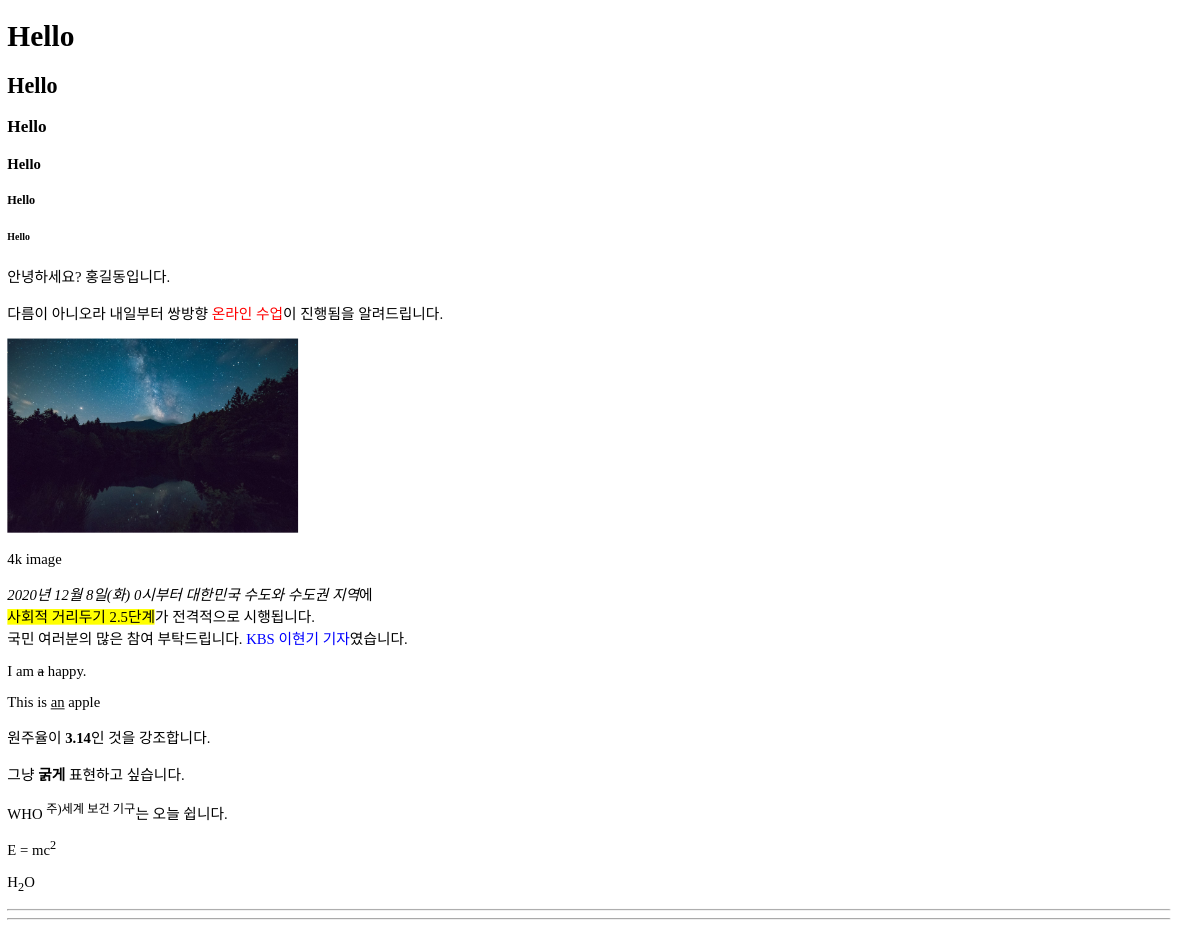
Repository: woneeseo/javastudy
Page: htmlStudy/workspace_html/HelloWorld/WebContent/f.html
The author's editor kept a copy of each file at every save. The page is drawn from the files as they stood at one save, then again after the next save.
The browser window is 1280 px wide. The pictures show the whole page, at 92% of full size.

Above is the page before, as saved 2020-12-07 05:35:16.

### htmlStudy/workspace_html/HelloWorld/WebContent/f.html
<!DOCTYPE html>
<html>
<head>
<meta charset="UTF-8">
<title>Insert title here</title>
</head>
<body>
<!-- 헤더태그 -->
<!-- 블락태그 -> 위/아래 자동 줄바꿈 발생 -->

<h1>Hello</h1>
<!-- h1이 제목으로 많이 쓰임 -->
<h2>Hello</h2>
<h3>Hello</h3>
<!-- 부제목으로 h3이 자주 쓰임 -->
<h4>Hello</h4>
<h5>Hello</h5>
<h6>Hello</h6>


<p>
<!-- 문단을 표기할 때 주로 <p></p>를 씀 (문장이 여러개를 이루어 문단을 이룰 때) -->
	안녕하세요?
	홍길동입니다.
	<!-- <br>태그를 넣어야 줄바꿈이 일어난다. -->
	<!-- 이클립스에서 엔터로 줄바꿔 쓴다고 하더라도 출력은 한줄로 됨 -->
</p>

<p>

	다름이 아니오라
	내일부터 쌍방향 <span style="color: red">온라인 수업</span>이 진행됨을 알려드립니다.
	<!-- <p>태그는 일반적으로 텍스트를 넣어주고 내부에 태그가 들어가는 일이 거의 없으나 -->
	<!-- <span></span> css에서 문장 내에서 특정한 글씨에 효과를 줄 때 사용함 -->
</p>

<div>

	<img style="width: 25%; height: 25%;" alt="4k image" src="test.jpeg"><br>
	<p>4k image</p>
	<!-- div는 태그를 넣어서 쓰기 위해 사용함 / 컨테이너 역할을 함 -->
	<!-- img태그와 p태그를 한 덩어리로 쓰기 위해서 사용함 -->
	<!-- div는 내부에 어떤 내용이 들어있는지 알 수 없음. 그래서 사용하는것이 section 태그 -->

</div>

<section>
	<article>
	<!-- section / article : 시멘틱 태그 (의미가 있는 태그명) -->
		<i>2020년 12월 8일(화) 0시부터</i> <em>대한민국 수도와 수도권 지역</em>에 <br>
		<mark>사회적 거리두기 2.5단계</mark>가 전격적으로 시행됩니다. <br>
		국민 여러분의 많은 참여 부탁드립니다. <span style="color: blue">KBS 이현기 기자</span>였습니다.
		<!-- i태그 : 이탤릭체 / em태그 : 강조하기 위해서 기울여 쓸 때(기울임체 emphasis) -->
		<!-- 결과는 똑같지만 em태그는 시각장애인용 시스템에서 강조해서 읽어들여지는 기능을 함 -->
		<!-- <mark> : 형광펜으로 칠한 듯 한 강조표기를 할 수 있음 -->
	</article>
</section>

<p>I am <del>a</del> happy.</p>
<p>This is <ins>an</ins> apple</p>

<!-- del : 지워야 하는 텍스트일 때 (중간선) / ins : 반드시 있어야만 하는 텍스트일 때 (밑줄)-->
<!-- css와 시멘틱태그 : css는 시각장애인용 스크린리더에서 제대로 인식하지 못하는 경우가 있어 -->
<!-- 삽입, 삭제등 시멘틱태그로 사용할 수 있는 경우에는 반드시 시맨틱태그로 사용해준다. -->

<p>원주율이 <strong>3.14</strong>인 것을 강조합니다.</p> <!-- 시맨틱태그 -->
<p>그냥 <b>굵게</b> 표현하고 싶습니다.</p>
<!-- 두가지의 실행결과는 같음. but 의미가 다르다. -->
<!-- strong 태그를 사용해주는 것이 좋음 -->

<p>WHO <sup>주)세계 보건 기구</sup>는 오늘 쉽니다.</p>
<p>E = mc<sup>2</sup></p>
<p>H<sub>2</sub>O</p>
<!-- <sup> : 주석처리하기 / 주석이 되는 텍스트가 살짝 위로 올라가게 표현됨 -->

<hr>
<hr>
<!-- 웹 페이지에 가로줄 넣기 : horizontal tag -->
<!-- 보통 css에서 div에서 아랫줄만 표시 해 가로줄 넣는 것이 일반적임 -->




</body>
</html>

After the next save:
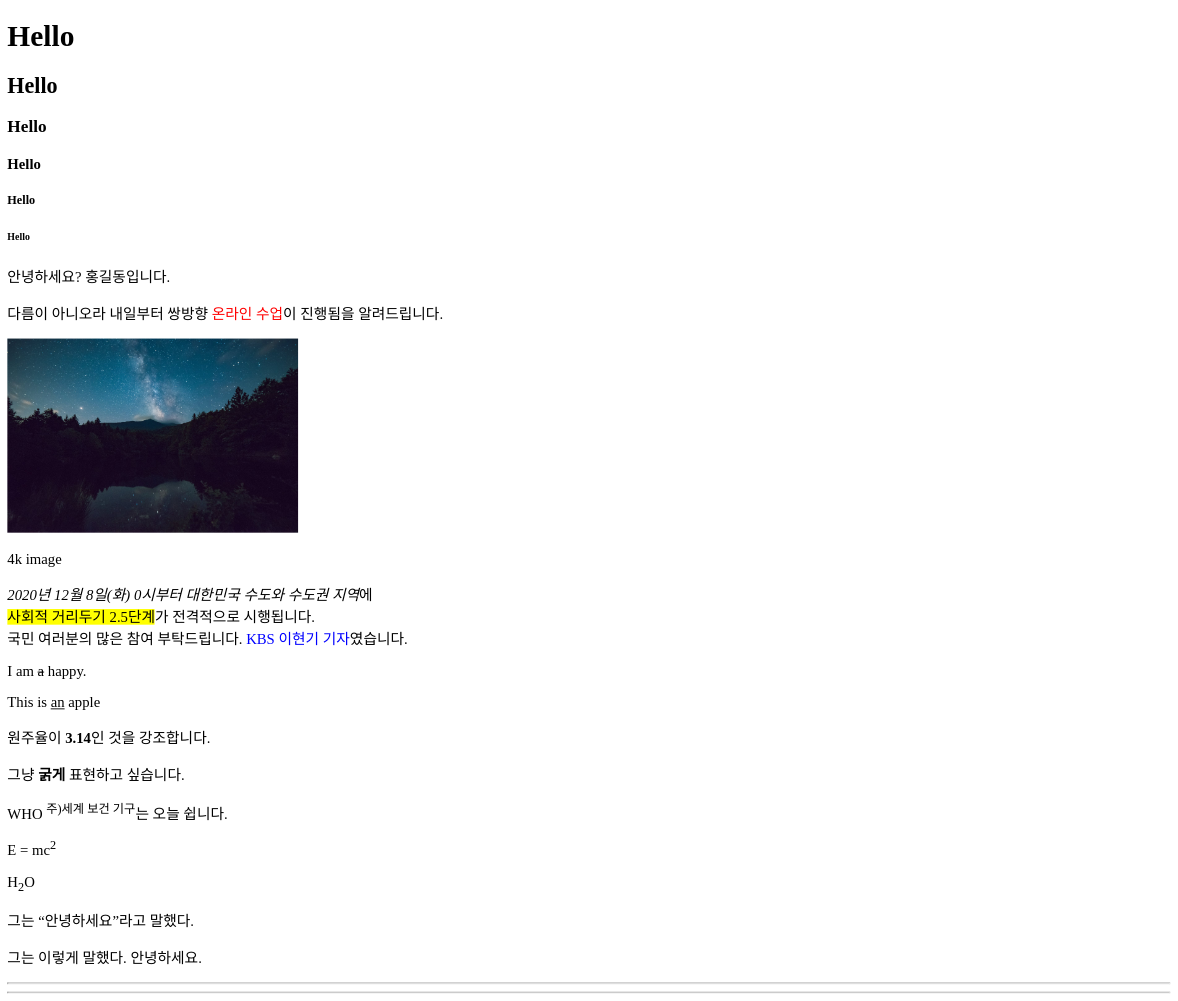
Saved 17 min 25 s later.
--- a/htmlStudy/workspace_html/HelloWorld/WebContent/f.html
+++ b/htmlStudy/workspace_html/HelloWorld/WebContent/f.html
@@ -70,8 +70,16 @@
 
 <p>WHO <sup>주)세계 보건 기구</sup>는 오늘 쉽니다.</p>
 <p>E = mc<sup>2</sup></p>
+<!-- <sup> : 주석처리하기 / 주석이 되는 텍스트가 살짝 위로 올라가게 표현됨 (ex.2의 n승 표현..)-->
 <p>H<sub>2</sub>O</p>
-<!-- <sup> : 주석처리하기 / 주석이 되는 텍스트가 살짝 위로 올라가게 표현됨 -->
+<!-- <sub> : 주석처리하기 / 주석이 되는 텍스트가 살짝 아래로 내려가게 표현됨 (ex.화학식..) -->
+
+<p>그는 <q>안녕하세요</q>라고 말했다.</p>
+<p>그는 이렇게 말했다.
+안녕하세요.</p>
+<!-- <q> : 문장 중에 인용구를 넣어햐 할 때 -->
+
+
 
 <hr>
 <hr>
